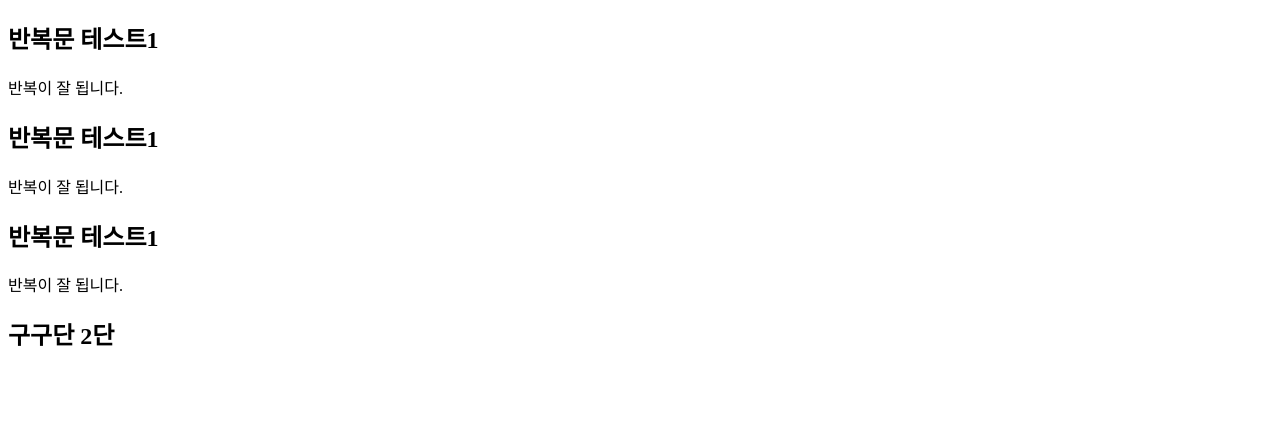
Repository: eun-chongzzz/jsp_practice
Page: http://localhost/JSPBasic/jspTag/Scriptlet.jsp
These files come from the project's save history. The page is drawn as it stood at one moment and after the next save; the edit follows.
The browser window is 1280 px wide. The pictures show the whole page.
The page is served by Tomcat 9.

Above is the page before, as saved 2022-01-28 02:36:46.

### JSPBasic/src/main/webapp/jspTag/Scriptlet.jsp
<%@ page language="java" contentType="text/html; charset=UTF-8"
    pageEncoding="UTF-8"%>
<!DOCTYPE html>
<html>
<head>
<meta charset="UTF-8">
<title>Insert title here</title>
</head>
<body>
	<!-- 스크립트릿 내부에는 자바 코드를 작성할 수 있으며
	이 코드를 반영해 페이지가 구성됩니다. -->
	<% for(int i = 0; i < 3; i++){ %>
		<h2>반복문 테스트1</h2>
		<p>
			반복이 잘 됩니다.
		</p>
	<% } %>

	<!-- 구구단 코드를 작성해주세요.
	System.out.println() 이 괄호 내 구문을 콘솔에 찍히게 해줬다면
	out.println()은 html화면에 괄호 내 구문을 콘솔에 찍히게 해줍니다.
	(javascript의 document.write()와 같은 역할)-->
	<h2>구구단 2단</h2>
	<%
	for(int i=2; i < 2; i++) {
		for(int j=1; j < 10; j++)
		{ out.println(i + " x " + j + " = " + i * j);
		} out.println();
		}


	%>
</body>
</html>

After the next save:
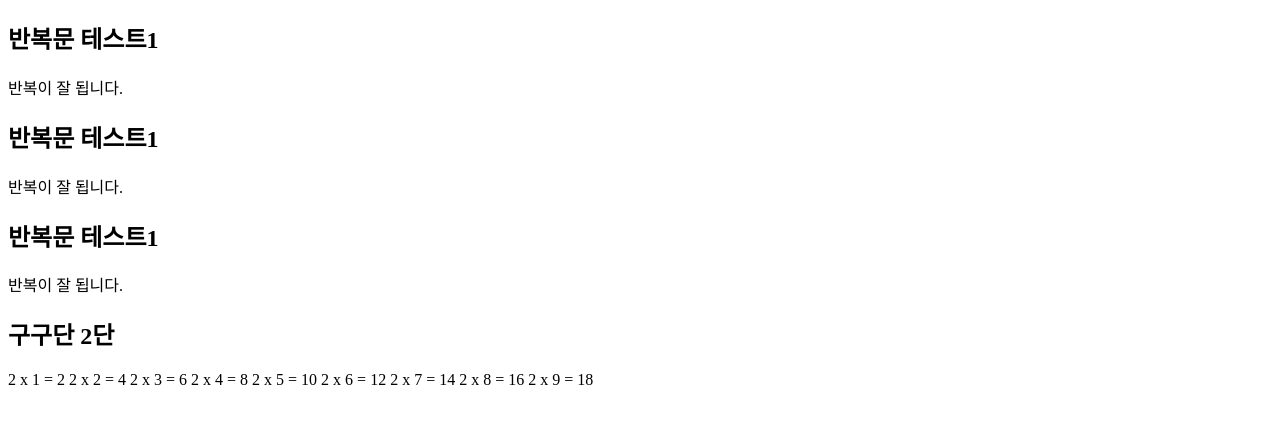
Saved 10 s later.
--- a/JSPBasic/src/main/webapp/jspTag/Scriptlet.jsp
+++ b/JSPBasic/src/main/webapp/jspTag/Scriptlet.jsp
@@ -22,7 +22,7 @@
 	(javascript의 document.write()와 같은 역할)-->
 	<h2>구구단 2단</h2>
 	<%
-	for(int i=2; i < 2; i++) {
+	for(int i=2; i < 3; i++) {
 		for(int j=1; j < 10; j++)
 		{ out.println(i + " x " + j + " = " + i * j);
 		} out.println();
